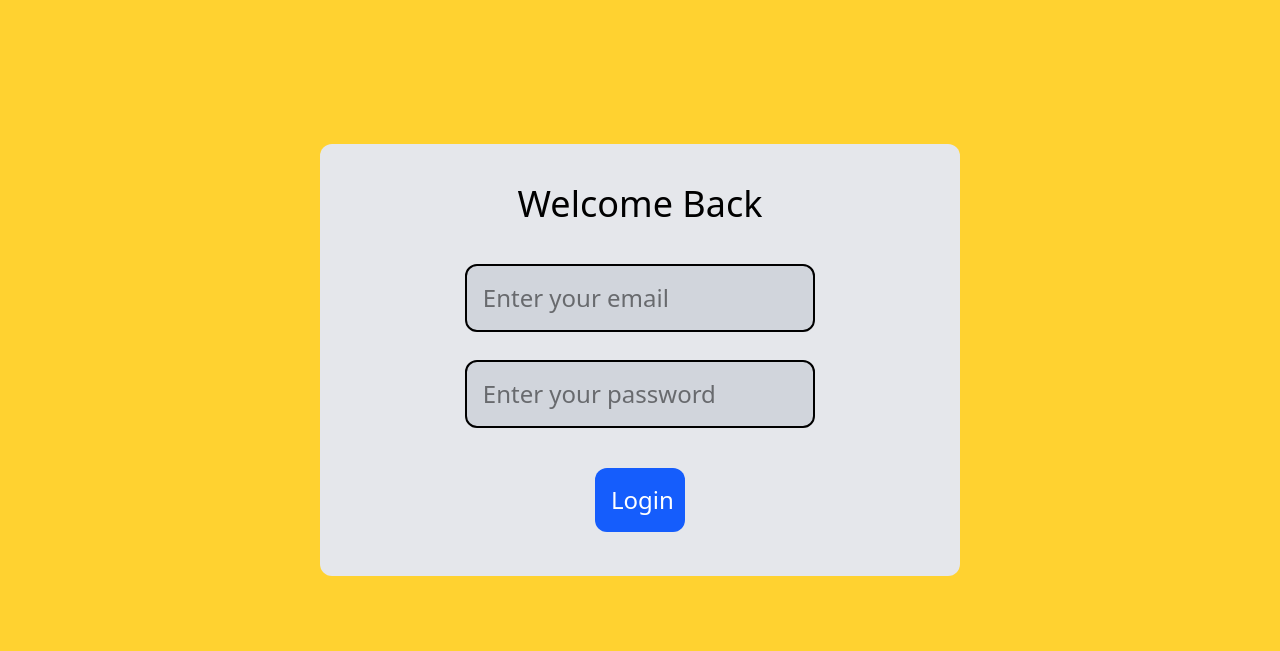
Repository: Habeebur1493/React-App
Page: /
The author's editor kept a copy of each file at every save. The page is drawn from the files as they stood at one save, then again after the next save.
The browser window is 1280 px wide. The pictures show the whole page.
The page's requests for data from a server got no answer. The project was rebuilt for these pictures with package versions that can differ from the ones it lists, and the page was loaded fresh each time. No one was signed in, and anything a server would have sent is missing. Also part of the build but not shown: vite.config.js, src/Components/Nav.jsx, src/Components/Loading.jsx, src/Components/Home.jsx, src/Components/Details.jsx, src/Components/Addproducts.jsx, src/Components/ShowProducts.jsx.

Above is the page before, as saved 2025-02-06 01:35:18.

After the next save:
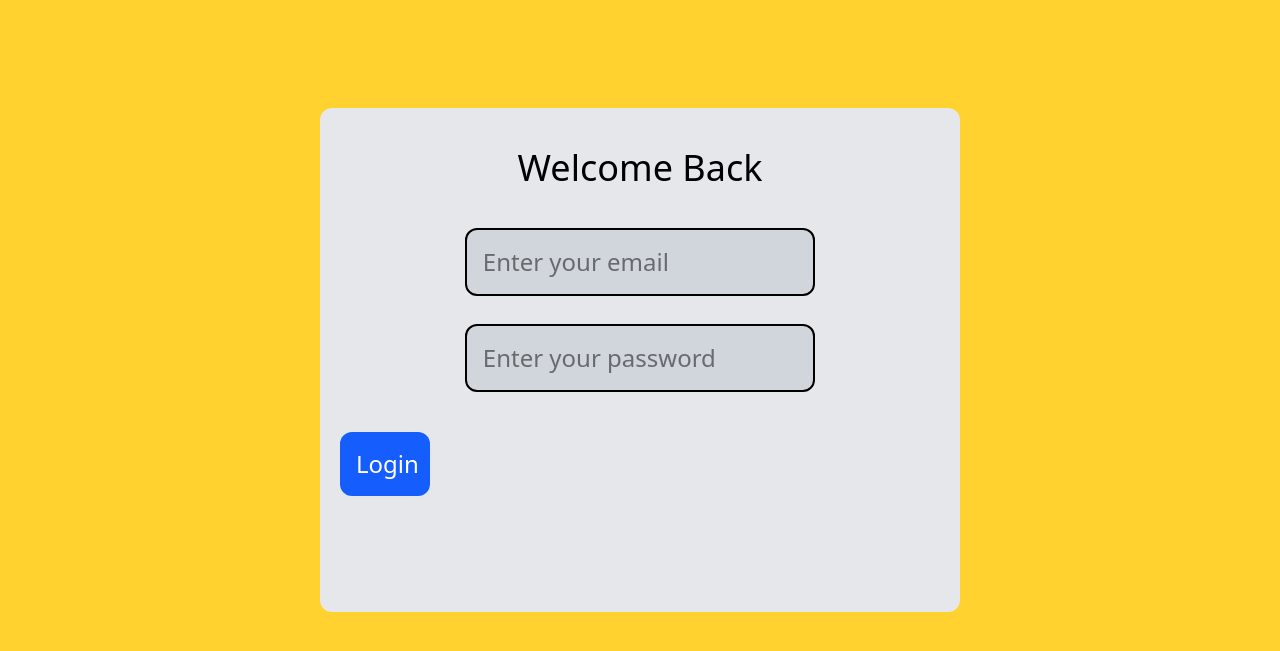
Saved 2 min 30 s later.
--- a/src/Components/Login.jsx
+++ b/src/Components/Login.jsx
@@ -37,16 +37,16 @@ const Login = () => {
 
   return (
       <div className="w-full h-screen flex justify-center items-center bg-amber-300 ">
-        <div className="w-[50%] md:w-[70%] lg:w-[50%] h-[60%] p-5 bg-gray-200 flex-col flex items-center gap-3 rounded-xl">
+        <div className="w-[90%] md:w-[70%] lg:w-[50%] h-[70%] p-5 bg-gray-200 flex-col flex items-center gap-3 rounded-xl">
           <h1 className="text-4xl font semibold mt-5 mb-5">Welcome Back</h1>
 
-          <div className="w-full flex justify-center items-center flex-col gap-3">
+          <div className="w-full flex  flex-col gap-3">
             <div className="w-full flex justify-center items-center p-2 rounded-xl gap-2">
               <input
                 onChange={(e) => setEmail(e.target.value)}
                 type="email"
                 placeholder="Enter your email"
-                className="bg-gray-300 w-[60%] border-2 p-4 rounded-xl text-2xl"
+                className="bg-gray-300 w-full md:w-[75%] lg:w-[60%] border-2 p-4 rounded-xl text-2xl"
               />
             </div>
             <div className="w-full flex justify-center  items-center bg- gray-800 p-2 rounded-xl gap-2">
